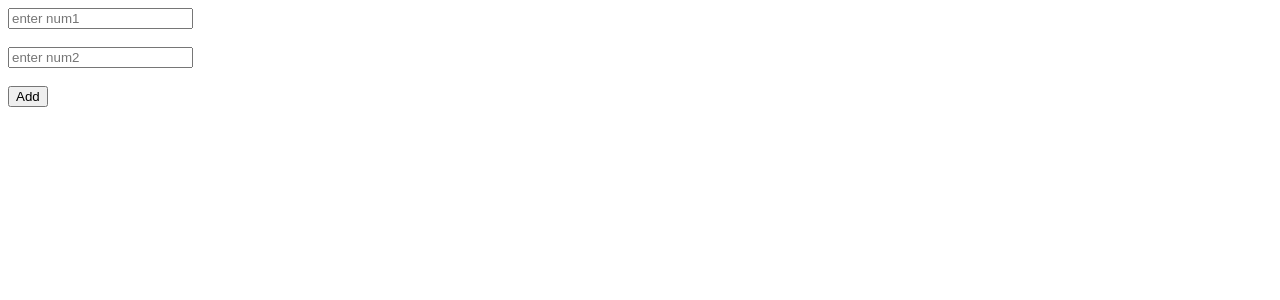
Repository: SanjaySokal/learn-java
Page: SumSquare/src/main/webapp/Form.html
An editor plug-in stored every save of this project. The page is shown before and after the next save, followed by the edit.
The browser window is 1280 px wide. The pictures show the whole page.

Above is the page before, as saved 2023-09-05 06:18:46.

### SumSquare/src/main/webapp/Form.html
<!DOCTYPE html>
<html>
<head>
<meta charset="UTF-8">
<title>Insert title here</title>
</head>
<body>
<form method="get" action="add">
	<input name="num1" type="number" required placeholder="enter num1" />
	<br />
	<br />
	<input name="num2" type="number" required placeholder="enter num2" />
	<br />
	<br />
	<button type="submit">Add</button>
</form>
</body>
</html>

After the next save:
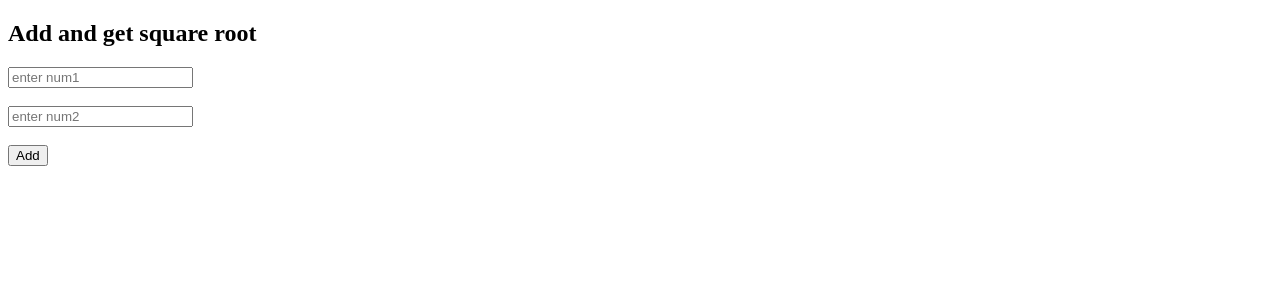
Saved 84 s later.
--- a/SumSquare/src/main/webapp/Form.html
+++ b/SumSquare/src/main/webapp/Form.html
@@ -5,6 +5,7 @@
 <title>Insert title here</title>
 </head>
 <body>
+	<h2>Add and get square root</h2>
 <form method="get" action="add">
 	<input name="num1" type="number" required placeholder="enter num1" />
 	<br />
